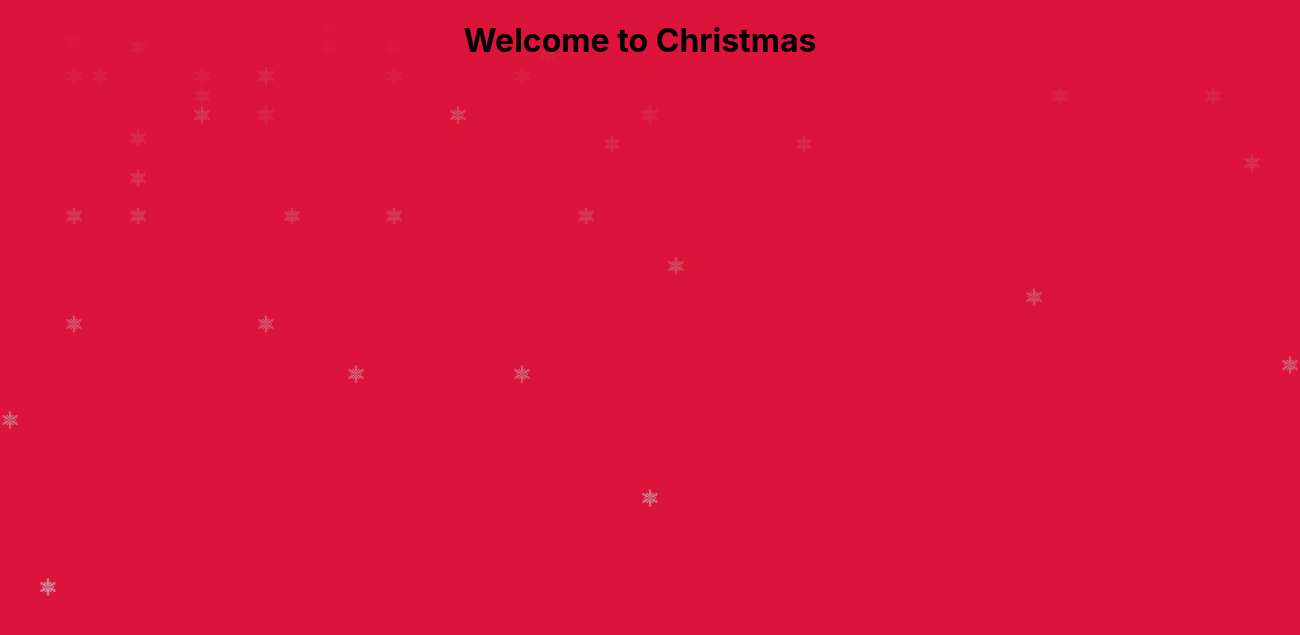
Repository: cerebrium/christmasTown
Page: / (app in client/)
An editor plug-in stored every save of this project. The page is shown before and after the next save, followed by the edit.
The browser window is 1280 px wide. The page is 1300 px wide, so the pictures cover 1300 px, including what lies to the right of the window. The pictures show the whole page.
The project was rebuilt for these pictures with package versions that can differ from the ones it lists, and the page was loaded fresh each time.

Above is the page before, as saved 2019-12-02 13:23:42.

### client/public/index.html
<!DOCTYPE html>
<html lang="en">
  <head>
    <meta charset="utf-8" />
    <link rel="icon" href="%PUBLIC_URL%/favicon.ico" />
    <meta name="viewport" content="width=device-width, initial-scale=1" />
    <meta name="theme-color" content="#000000" />
    <meta
      name="description"
      content="Web site created using create-react-app"
    />
    <link rel="apple-touch-icon" href="logo192.png" />
    <link rel="manifest" href="%PUBLIC_URL%/manifest.json" />
    <title>React App</title>
  </head>
  <body class='mainBody'>
    <noscript>You need to enable JavaScript to run this app.</noscript>
    <div id="root"></div>
    <img src="snowflake.png", class="snowflake1 visi", alt="snowflake">
      <img src="snowflake.png", class="snowflake2 visi", alt="snowflake">
      <img src="snowflake.png", class="snowflake3 visi", alt="snowflake">
      <img src="snowflake.png", class="snowflake4 visi", alt="snowflake">
      <img src="snowflake.png", class="snowflake5 visi", alt="snowflake">
      <img src="snowflake.png", class="snowflake6 visi", alt="snowflake">
      <img src="snowflake.png", class="snowflake7 visi", alt="snowflake">
      <img src="snowflake.png", class="snowflake8 visi", alt="snowflake">
      <img src="snowflake.png", class="snowflake9 visi", alt="snowflake">
      <img src="snowflake.png", class="snowflake10 visi", alt="snowflake">
      <img src="snowflake.png", class="snowflake11 visi", alt="snowflake">
      <img src="snowflake.png", class="snowflake12 visi", alt="snowflake">
      <img src="snowflake.png", class="snowflake13 visi", alt="snowflake">
      <img src="snowflake.png", class="snowflake14 visi", alt="snowflake">
      <img src="snowflake.png", class="snowflake15 visi", alt="snowflake">
      <img src="snowflake.png", class="snowflake16 visi", alt="snowflake">
      <img src="snowflake.png", class="snowflake17 visi", alt="snowflake">
      <img src="snowflake.png", class="snowflake18 visi", alt="snowflake">
      <img src="snowflake.png", class="snowflake19 visi", alt="snowflake">
      <img src="snowflake.png", class="snowflake20 visi", alt="snowflake">
      <img src="snowflake.png", class="snowflake21 visi", alt="snowflake">
      <img src="snowflake.png", class="snowflake22 visi", alt="snowflake">
      <img src="snowflake.png", class="snowflake23 visi", alt="snowflake">
      <img src="snowflake.png", class="snowflake24 visi", alt="snowflake">
      <img src="snowflake.png", class="snowflake25 visi", alt="snowflake">
      <img src="snowflake.png", class="snowflake26 visi", alt="snowflake">
      <img src="snowflake.png", class="snowflake27 visi", alt="snowflake">
      <img src="snowflake.png", class="snowflake28 visi", alt="snowflake">
      <img src="snowflake.png", class="snowflake29 visi", alt="snowflake">
      <img src="snowflake.png", class="snowflake30 visi", alt="snowflake">
      <img src="snowflake.png", class="snowflake31 visi", alt="snowflake">
      <img src="snowflake.png", class="snowflake32 visi", alt="snowflake">
      <img src="snowflake.png", class="snowflake33 visi", alt="snowflake">
      <img src="snowflake.png", class="snowflake34 visi", alt="snowflake">
      <img src="snowflake.png", class="snowflake35 visi", alt="snowflake">
      <img src="snowflake.png", class="snowflake36 visi", alt="snowflake">
      <img src="snowflake.png", class="snowflake37 visi", alt="snowflake">
      <img src="snowflake.png", class="snowflake38 visi", alt="snowflake">
      <img src="snowflake.png", class="snowflake39 visi", alt="snowflake">
      <img src="snowflake.png", class="snowflake40 visi", alt="snowflake">
      <img src="snowflake.png", class="snowflake41 visi", alt="snowflake">
      <img src="snowflake.png", class="snowflake42 visi", alt="snowflake">
      <img src="snowflake.png", class="snowflake43 visi", alt="snowflake">
      <img src="snowflake.png", class="snowflake44 visi", alt="snowflake">
      <img src="snowflake.png", class="snowflake45 visi", alt="snowflake">
      <img src="snowflake.png", class="snowflake46 visi", alt="snowflake">
      <img src="snowflake.png", class="snowflake47 visi", alt="snowflake">
      <img src="snowflake.png", class="snowflake48 visi", alt="snowflake">
      <img src="snowflake.png", class="snowflake49 visi", alt="snowflake">
      <img src="snowflake.png", class="snowflake50 visi", alt="snowflake">
      <img src="snowflake.png", class="snowflake51 visi", alt="snowflake">
      <img src="snowflake.png", class="snowflake52 visi", alt="snowflake">
      <img src="snowflake.png", class="snowflake53 visi", alt="snowflake">
      <img src="snowflake.png", class="snowflake54 visi", alt="snowflake">
      <img src="snowflake.png", class="snowflake55 visi", alt="snowflake">
      <img src="snowflake.png", class="snowflake56 visi", alt="snowflake">
      <img src="snowflake.png", class="snowflake57 visi", alt="snowflake">
      <img src="snowflake.png", class="snowflake58 visi", alt="snowflake">
      <img src="snowflake.png", class="snowflake59 visi", alt="snowflake">
      <img src="snowflake.png", class="snowflake60 visi", alt="snowflake">
      <img src="snowflake.png", class="snowflake61 visi", alt="snowflake">
      <img src="snowflake.png", class="snowflake62 visi", alt="snowflake">
      <img src="snowflake.png", class="snowflake63 visi", alt="snowflake">
      <img src="snowflake.png", class="snowflake64 visi", alt="snowflake">
  </body>
</html>

### client/src/index.css
.mainBody {
  margin: 0;
  position: relative;
  height: 100vh;
  background-color: crimson;
  transform: translateY(auto);
  font-family: -apple-system, BlinkMacSystemFont, "Segoe UI", "Roboto", "Oxygen",
    "Ubuntu", "Cantarell", "Fira Sans", "Droid Sans", "Helvetica Neue",
    sans-serif;
  -webkit-font-smoothing: antialiased;
  -moz-osx-font-smoothing: grayscale;
  }

.visi {
  visibility: hidden;
}

.snowflake1 {
  opacity: 1;
  position: absolute;
  width: 20px;
  height: 20px;
  animation-name: snowflakes;
  animation-duration: 15s;
  animation-iteration-count: infinite;
}
.snowflake2 {
  opacity: 1;
  position: absolute;
  left: 5vw;
  width: 20px;
  height: 20px;
  animation-name: snowflakes;
  animation-duration: 15s;
  animation-iteration-count: infinite;
  animation-delay: 1s;
}
.snowflake3 {
  opacity: 1;
  position: absolute;
  left: 10vw;
  width: 20px;
  height: 20px;
  animation-name: snowflakes;
  animation-duration: 15s;
  animation-iteration-count: infinite;
  animation-delay: 2s;
}
.snowflake4 {
  opacity: 1;
  left: 15vw;
  position: absolute;
  width: 20px;
  height: 20px;
  animation-name: snowflakes;
  animation-duration: 15s;
  animation-iteration-count: infinite;
  animation-delay: 3s;
}
.snowflake5 {
  opacity: 1;
  left: 20vw;
  position: absolute;
  width: 20px;
  height: 20px;
  animation-name: snowflakes;
  animation-duration: 15s;
  animation-iteration-count: infinite;
  animation-delay: 1s;
}
.snowflake6 {
  opacity: 1;
  left: 25vw;
  position: absolute;
  width: 20px;
  height: 20px;
  animation-name: snowflakes;
  animation-duration: 15s;
  animation-iteration-count: infinite;
  animation-delay: 4s;
}
.snowflake7 {
  opacity: 1;
  left: 30vw;
  position: absolute;
  width: 20px;
  height: 20px;
  animation-name: snowflakes;
  animation-duration: 15s;
  animation-iteration-count: infinite;
  animation-delay: 2s;
}
.snowflake8 {
  opacity: 1;
  left: 35vw;
  position: absolute;
  width: 20px;
  height: 20px;
  animation-name: snowflakes;
  animation-duration: 15s;
  animation-iteration-count: infinite;
  animation-delay: 3s;
}
.snowflake9 {
  opacity: 1;
  left: 40vw;
  position: absolute;
  width: 20px;
  height: 20px;
  animation-name: snowflakes;
  animation-duration: 15s;
  animation-iteration-count: infinite;
  animation-delay: 10s;
}
.snowflake10 {
  opacity: 1;
  left: 45vw;
  position: absolute;
  width: 20px;
  height: 20px;
  animation-name: snowflakes;
  animation-duration: 15s;
  animation-iteration-count: infinite;
  animation-delay: 20s;
}
.snowflake11 {
  opacity: 1;
  left: 50vw;
  position: absolute;
  width: 20px;
  height: 20px;
  animation-name: snowflakes;
  animation-duration: 20s;
  animation-iteration-count: infinite;
  animation-delay: 40s;
}
.snowflake12 {
  opacity: 1;
  left: 55vw;
  position: absolute;
  width: 20px;
  height: 20px;
  animation-name: snowflakes;
  animation-duration: 20s0;
  animation-iteration-count: infinite;
  animation-delay: 30s;
}
.snowflake13 {
  opacity: 1;
  left: 60vw;
  position: absolute;
  width: 20px;
  height: 20px;
  animation-name: snowflakes;
  animation-duration: 20s;
  animation-iteration-count: infinite;
  animation-delay: 10s;
}
.snowflake14 {
  opacity: 1;
  left: 65vw;
  position: absolute;
  width: 20px;
  height: 20px;
  animation-name: snowflakes;
  animation-duration: 20s;
  animation-iteration-count: infinite;
  animation-delay: 20s;
}
.snowflake15 {
  opacity: 1;
  left: 70vw;
  position: absolute;
  width: 20px;
  height: 20px;
  animation-name: snowflakes;
  animation-duration: 20s;
  animation-iteration-count: infinite;
  animation-delay: 30s;
}
.snowflake16 {
  opacity: 1;
  left: 75vw;
  position: absolute;
  width: 20px;
  height: 20px;
  animation-name: snowflakes;
  animation-duration: 20s;
  animation-iteration-count: infinite;
  animation-delay: 10s;
}

.snowflake17 {
  opacity: 1;
  left: 80vw;
  position: absolute;
  width: 20px;
  height: 20px;
  animation-name: snowflakes;
  animation-duration: 20s;
  animation-iteration-count: infinite;
}
.snowflake18 {
  opacity: 1;
  left: 85vw;
  position: absolute;
  left: 5vw;
  width: 20px;
  height: 20px;
  animation-name: snowflakes;
  animation-duration: 20s;
  animation-iteration-count: infinite;
  animation-delay: 1s;
}
.snowflake19 {
  opacity: 1;
  left: 90vw;
  position: absolute;
  left: 10vw;
  width: 20px;
  height: 20px;
  animation-name: snowflakes;
  animation-duration: 20s;
  animation-iteration-count: infinite;
  animation-delay: 2s;
}
.snowflake20 {
  opacity: 1;
  left: 95vw;
  left: 15vw;
  position: absolute;
  width: 20px;
  height: 20px;
  animation-name: snowflakes;
  animation-duration: 20s;
  animation-iteration-count: infinite;
  animation-delay: 3s;
}
.snowflake21 {
  opacity: 1;
  left: 100vw;
  left: 20vw;
  position: absolute;
  width: 20px;
  height: 20px;
  animation-name: snowflakes;
  animation-duration: 30s;
  animation-iteration-count: infinite;
  animation-delay: 1s;
}
.snowflake22 {
  opacity: 1;
  position: absolute;
  width: 20px;
  height: 20px;
  animation-name: snowflakes;
  animation-duration: 30s;
  animation-iteration-count: infinite;
  animation-delay: 4s;
}
.snowflake23 {
  opacity: 1;
  left: 5vw;
  position: absolute;
  width: 20px;
  height: 20px;
  animation-name: snowflakes;
  animation-duration: 30s;
  animation-iteration-count: infinite;
  animation-delay: 2s;
}
.snowflake24 {
  opacity: 1;
  left: 10vw;
  position: absolute;
  width: 20px;
  height: 20px;
  animation-name: snowflakes;
  animation-duration: 30s;
  animation-iteration-count: infinite;
  animation-delay: 3s;
}
.snowflake25 {
  opacity: 1;
  left: 15vw;
  position: absolute;
  width: 20px;
  height: 20px;
  animation-name: snowflakes;
  animation-duration: 30s;
  animation-iteration-count: infinite;
  animation-delay: 1s;
}
.snowflake26 {
  opacity: 1;
  left: 20vw;
  position: absolute;
  width: 20px;
  height: 20px;
  animation-name: snowflakes;
  animation-duration: 30s;
  animation-iteration-count: infinite;
  animation-delay: 2s;
}
.snowflake27 {
  opacity: 1;
  left: 25vw;
  position: absolute;
  width: 20px;
  height: 20px;
  animation-name: snowflakes;
  animation-duration: 30s;
  animation-iteration-count: infinite;
  animation-delay: 4s;
}
.snowflake28 {
  opacity: 1;
  left: 30vw;
  position: absolute;
  width: 20px;
  height: 20px;
  animation-name: snowflakes;
  animation-duration: 30s;
  animation-iteration-count: infinite;
  animation-delay: 3s;
}
.snowflake29 {
  opacity: 1;
  left: 35vw;
  position: absolute;
  width: 20px;
  height: 20px;
  animation-name: snowflakes;
  animation-duration: 30s;
  animation-iteration-count: infinite;
  animation-delay: 1s;
}
.snowflake30 {
  opacity: 1;
  left: 40vw;
  position: absolute;
  width: 20px;
  height: 20px;
  animation-name: snowflakes;
  animation-duration: 10s;
  animation-iteration-count: infinite;
  animation-delay: 2s;
}
.snowflake31 {
  opacity: 1;
  left: 45vw;
  position: absolute;
  width: 20px;
  height: 20px;
  animation-name: snowflakes;
  animation-duration: 10s;
  animation-iteration-count: infinite;
  animation-delay: 3s;
}
.snowflake32 {
  opacity: 1;
  left: 50vw;
  position: absolute;
  width: 20px;
  height: 20px;
  animation-name: snowflakes;
  animation-duration: 10s;
  animation-iteration-count: infinite;
  animation-delay: 1s;
}
.snowflake33 {
  opacity: 1;
  position: absolute;
  left: 3vw;
  width: 20px;
  height: 20px;
  animation-name: snowflakes;
  animation-duration: 10s;
  animation-iteration-count: infinite;
  animation-delay: 5
}
.snowflake34 {
  opacity: 1;
  position: absolute;
  left: 7vw;
  width: 20px;
  height: 20px;
  animation-name: snowflakes;
  animation-duration: 10s;
  animation-iteration-count: infinite;
  animation-delay: 4s;
}
.snowflake35 {
  opacity: 1;
  position: absolute;
  left: 12vw;
  width: 20px;
  height: 20px;
  animation-name: snowflakes;
  animation-duration: 10s;
  animation-iteration-count: infinite;
  animation-delay: 6s;
}
.snowflake36 {
  opacity: 1;
  left: 17vw;
  position: absolute;
  width: 20px;
  height: 20px;
  animation-name: snowflakes;
  animation-duration: 10s;
  animation-iteration-count: infinite;
  animation-delay: 7s;
}
.snowflake37 {
  opacity: 1;
  left: 22vw;
  position: absolute;
  width: 20px;
  height: 20px;
  animation-name: snowflakes;
  animation-duration: 10s;
  animation-iteration-count: infinite;
  animation-delay: 3s;
}
.snowflake38 {
  opacity: 1;
  left: 27vw;
  position: absolute;
  width: 20px;
  height: 20px;
  animation-name: snowflakes;
  animation-duration: 10s;
  animation-iteration-count: infinite;
  animation-delay: 2s;
}
.snowflake39 {
  opacity: 1;
  left: 31vw;
  position: absolute;
  width: 20px;
  height: 20px;
  animation-name: snowflakes;
  animation-duration: 13s;
  animation-iteration-count: infinite;
  animation-delay: 5s;
}
.snowflake40 {
  opacity: 1;
  left: 37vw;
  position: absolute;
  width: 20px;
  height: 20px;
  animation-name: snowflakes;
  animation-duration: 13s;
  animation-iteration-count: infinite;
  animation-delay: 6s;
}
.snowflake41 {
  opacity: 1;
  left: 42vw;
  position: absolute;
  width: 20px;
  height: 20px;
  animation-name: snowflakes;
  animation-duration: 13s;
  animation-iteration-count: infinite;
  animation-delay: 4s;
}
.snowflake42 {
  opacity: 1;
  left: 47vw;
  position: absolute;
  width: 20px;
  height: 20px;
  animation-name: snowflakes;
  animation-duration: 13s;
  animation-iteration-count: infinite;
  animation-delay: 3s;
}
.snowflake43 {
  opacity: 1;
  left: 52vw;
  position: absolute;
  width: 20px;
  height: 20px;
  animation-name: snowflakes;
  animation-duration: 13s;
  animation-iteration-count: infinite;
  animation-delay: 2s;
}
.snowflake44 {
  opacity: 1;
  left: 57vw;
  position: absolute;
  width: 20px;
  height: 20px;
  animation-name: snowflakes;
  animation-duration: 13s;
  animation-iteration-count: infinite;
  animation-delay: 5s;
}
.snowflake45 {
  opacity: 1;
  left: 62vw;
  position: absolute;
  width: 20px;
  height: 20px;
  animation-name: snowflakes;
  animation-duration: 13s;
  animation-iteration-count: infinite;
  animation-delay: 3s;
}
.snowflake46 {
  opacity: 1;
  left: 67vw;
  position: absolute;
  width: 20px;
  height: 20px;
  animation-name: snowflakes;
  animation-duration: 13s;
  animation-iteration-count: infinite;
  animation-delay: 6s;
}
.snowflake47 {
  opacity: 1;
  left: 73vw;
  position: absolute;
  width: 20px;
  height: 20px;
  animation-name: snowflakes;
  animation-duration: 17s;
  animation-iteration-count: infinite;
  animation-delay: 9s;
}
.snowflake48 {
  opacity: 1;
  left: 77vw;
  position: absolute;
  width: 20px;
  height: 20px;
  animation-name: snowflakes;
  animation-duration: 17s;
  animation-iteration-count: infinite;
  animation-delay: 15s;
}

.snowflake49 {
  opacity: 1;
  left: 82vw;
  position: absolute;
  width: 20px;
  height: 20px;
  animation-name: snowflakes;
  animation-duration: 17s;
  animation-iteration-count: infinite;
  animation-delay: 3s;
}
.snowflake50 {
  opacity: 1;
  left: 87vw;
  position: absolute;
  left: 5vw;
  width: 20px;
  height: 20px;
  animation-name: snowflakes;
  animation-duration: 17s;
  animation-iteration-count: infinite;
  animation-delay: 4s;
}
.snowflake51 {
  opacity: 1;
  left: 92vw;
  position: absolute;
  left: 10vw;
  width: 20px;
  height: 20px;
  animation-name: snowflakes;
  animation-duration: 17s;
  animation-iteration-count: infinite;
  animation-delay: 2s;
}
.snowflake52 {
  opacity: 1;
  left: 97vw;
  left: 15vw;
  position: absolute;
  width: 20px;
  height: 20px;
  animation-name: snowflakes;
  animation-duration: 17s;
  animation-iteration-count: infinite;
  animation-delay: 3s;
}
.snowflake53 {
  opacity: 1;
  left: 94vw;
  position: absolute;
  width: 20px;
  height: 20px;
  animation-name: snowflakes;
  animation-duration: 17s;
  animation-iteration-count: infinite;
  animation-delay: 3s;
}
.snowflake54 {
  opacity: 1;
  left: 100vw;
  position: absolute;
  width: 20px;
  height: 20px;
  animation-name: snowflakes;
  animation-duration: 17s;
  animation-iteration-count: infinite;
}
.snowflake55 {
  opacity: 1;
  left: 97vw;
  position: absolute;
  width: 20px;
  height: 20px;
  animation-name: snowflakes;
  animation-duration: 30s;
  animation-iteration-count: infinite;
  animation-delay: 0s;
}
.snowflake56 {
  opacity: 1;
  left: 10vw;
  position: absolute;
  width: 20px;
  height: 20px;
  animation-name: snowflakes;
  animation-duration: 30s;
  animation-iteration-count: infinite;
  animation-delay: 3s;
}
.snowflake57 {
  opacity: 1;
  left: 15vw;
  position: absolute;
  width: 20px;
  height: 20px;
  animation-name: snowflakes;
  animation-duration: 30s;
  animation-iteration-count: infinite;
  animation-delay: 4s;
}
.snowflake58 {
  opacity: 1;
  left: 20vw;
  position: absolute;
  width: 20px;
  height: 20px;
  animation-name: snowflakes;
  animation-duration: 30s;
  animation-iteration-count: infinite;
  animation-delay: 2s;
}
.snowflake59 {
  opacity: 1;
  left: 25vw;
  position: absolute;
  width: 20px;
  height: 20px;
  animation-name: snowflakes;
  animation-duration: 30s;
  animation-iteration-count: infinite;
  animation-delay: 4s;
}
.snowflake60 {
  opacity: 1;
  left: 30vw;
  position: absolute;
  width: 20px;
  height: 20px;
  animation-name: snowflakes;
  animation-duration: 30s;
  animation-iteration-count: infinite;
  animation-delay: 2s;
}
.snowflake61 {
  opacity: 1;
  left: 35vw;
  position: absolute;
  width: 20px;
  height: 20px;
  animation-name: snowflakes;
  animation-duration: 30s;
  animation-iteration-count: infinite;
  animation-delay: 1s;
}
.snowflake62 {
  opacity: 1;
  left: 40vw;
  position: absolute;
  width: 20px;
  height: 20px;
  animation-name: snowflakes;
  animation-duration: 30s;
  animation-iteration-count: infinite;
  animation-delay: 2s;
}
.snowflake63 {
  opacity: 1;
  left: 45vw;
  position: absolute;
  width: 20px;
  height: 20px;
  animation-name: snowflakes;
  animation-duration: 30s;
  animation-iteration-count: infinite;
  animation-delay: 3s;
}
.snowflake64 {
  opacity: 1;
  left: 50vw;
  position: absolute;
  width: 20px;
  height: 20px;
  animation-name: snowflakes;
  animation-duration: 30s;
  animation-iteration-count: infinite;
  animation-delay: 1s;
}

@keyframes snowflakes {
  0% {
    visibility: visible;
    z-index: -1;
    opacity: 0;
    top: 0%;
  }
  1% {
    visibility: visible;
    z-index: -1;
    opacity: 0;
    top: 1%;
  }

  100% {
    visibility: visible;
    z-index: -1;
    top: 100%;
  }
}

code {
font-family: source-code-pro, Menlo, Monaco, Consolas, "Courier New",
  monospace;
}

### client/src/App.tsx
import React from 'react';
import './App.css';

const App: React.FC = () => {
  return (
    <div className="App">
      <div>
        <h1 className='mainTitle'>Welcome to Christmas</h1>
      </div>
    </div>
  );
}

export default App;

### client/src/App.css
.App {
  display: flex;
  justify-content: center;
}

.mainTitle {

}

Loaded but not shown: client/src/index.tsx (common file); client/src/serviceWorker.ts (common file)

After the next save:
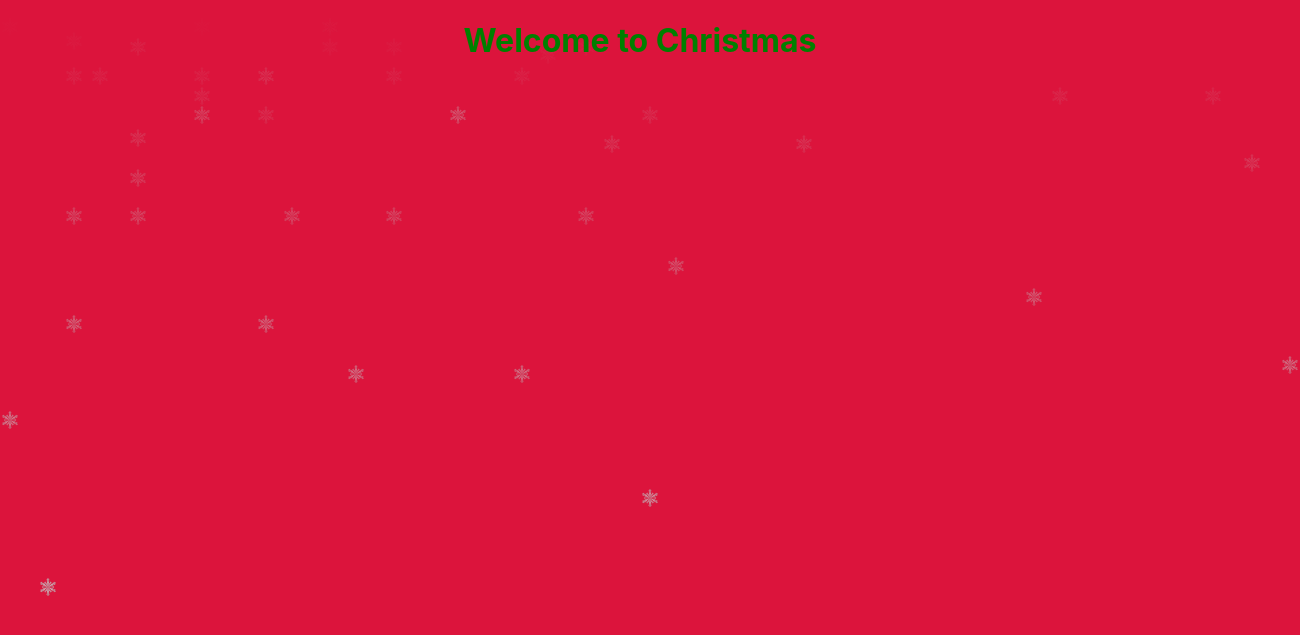
Saved 5 s later.
--- a/client/src/App.css
+++ b/client/src/App.css
@@ -4,5 +4,5 @@
 }
 
 .mainTitle {
-
+  color: green;
 }
